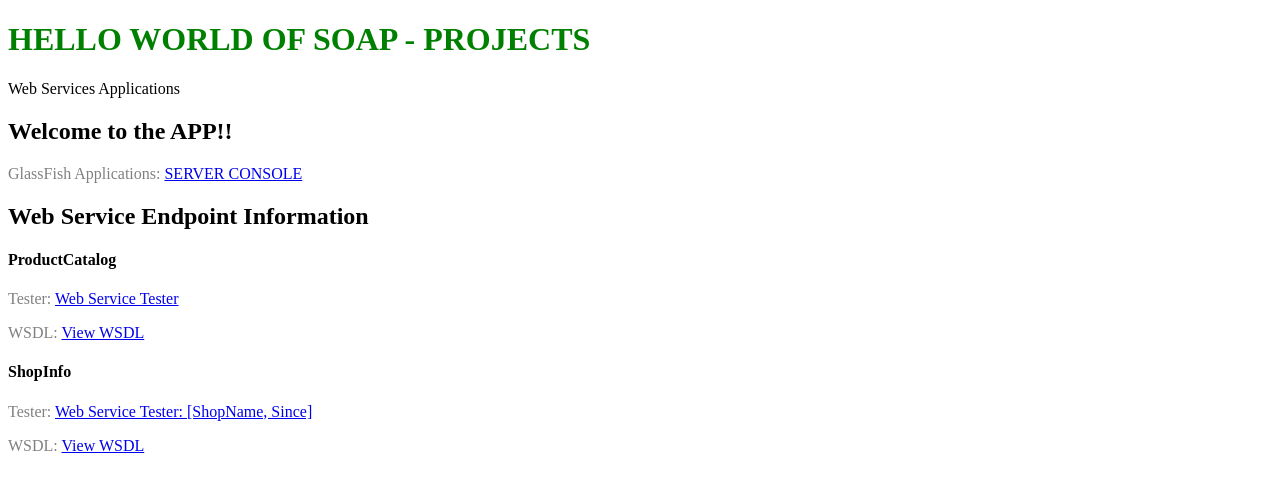
Repository: atafs/BackEnd_JAX-JAX-WS_SOAP
Page: http://localhost/Project_004_SOAP_server_TypesAndBinding/
These files come from the project's save history. The page is drawn as it stood at one moment and after the next save; the edit follows.
The browser window is 1280 px wide. The pictures show the whole page.
The page is served by Tomcat 9.

Above is the page before, as saved 2016-01-26 16:33:02.

After the next save:
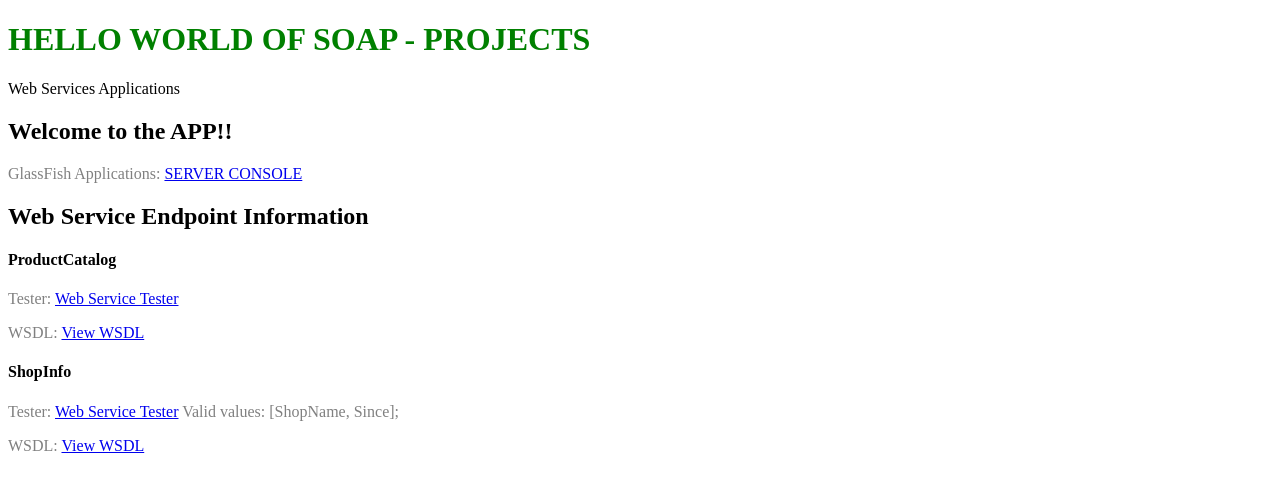
Saved 65 s later.
--- a/Project_004_SOAP_server_TypesAndBinding/WebContent/index.jsp
+++ b/Project_004_SOAP_server_TypesAndBinding/WebContent/index.jsp
@@ -24,7 +24,9 @@
 	<p style="color:gray;">WSDL: <a href="http://atafs:9090/Project_003_SOAP_server_ServiceAndContractFirst/ProductCatalogService?wsdl">View WSDL</a></p>
 
 	<h4>ShopInfo</h4>
-	<p style="color:gray;">Tester: <a href="http://atafs:9090/Project_004_SOAP_server_TypesAndBinding/ShopInfoService?Tester">Web Service Tester: [ShopName, Since]</a></p>
+	<p style="color:gray;">Tester: <a href="http://atafs:9090/Project_004_SOAP_server_TypesAndBinding/ShopInfoService?Tester">Web Service Tester</a>
+		Valid values: [ShopName, Since];
+	</p>
 	<p style="color:gray;">WSDL: <a href="http://atafs:9090/Project_004_SOAP_server_TypesAndBinding/ShopInfoService?wsdl">View WSDL</a></p>
 
 
